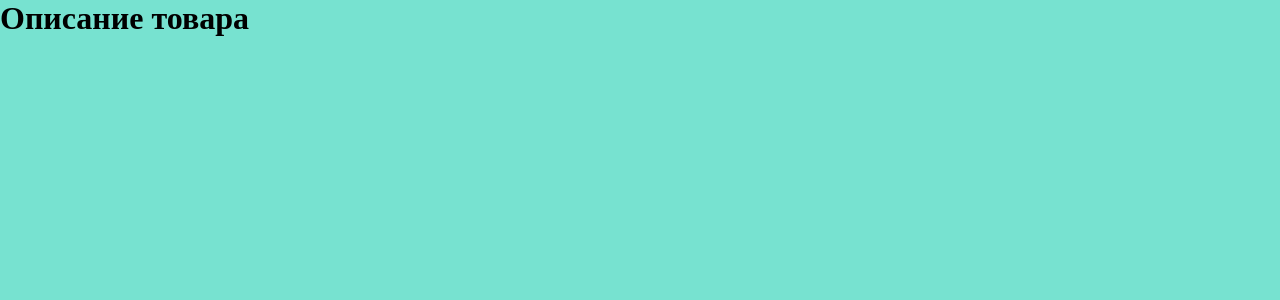
Repository: annamsklv/web
Page: seminar2_26.01/product page.html
The author's editor kept a copy of each file at every save. The page is drawn from the files as they stood at one save, then again after the next save.
The browser window is 1280 px wide. The pictures show the whole page.

Above is the page before, as saved 2023-02-01 18:57:29.

After the next save:
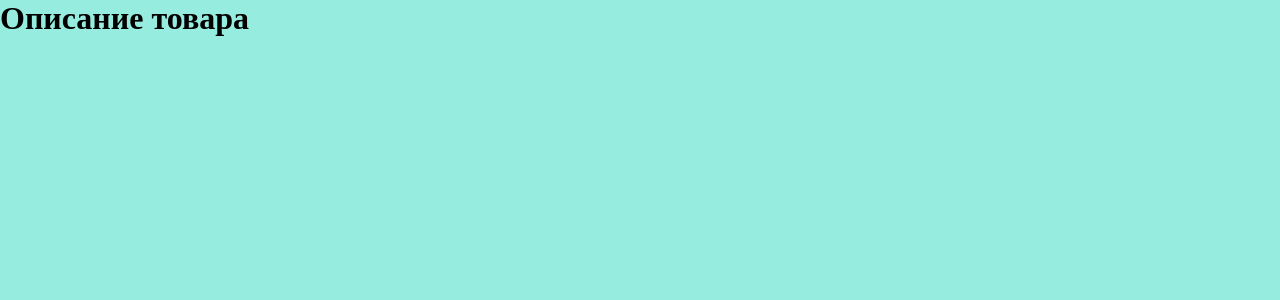
Saved 4 s later.
--- a/seminar2_26.01/product style.css
+++ b/seminar2_26.01/product style.css
@@ -4,5 +4,5 @@
 }
 
 body{
-    background-color: rgb(119, 226, 208);
+    background-color: rgb(150, 236, 222);
 }
